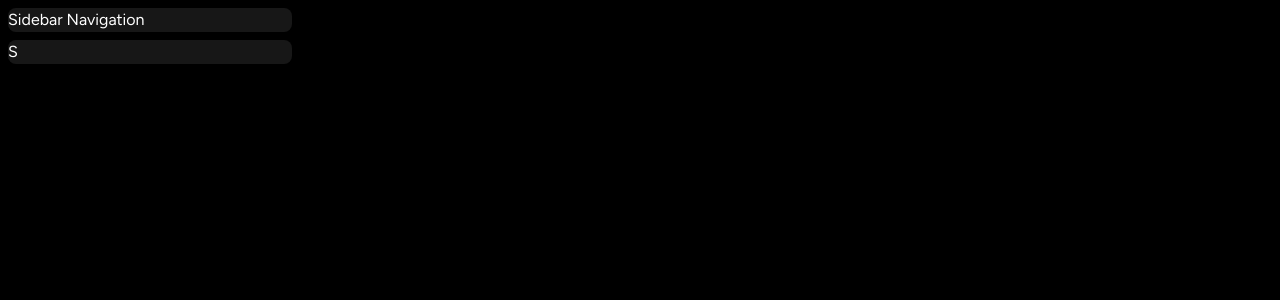
Repository: zecht12/ZechtCrowd
Page: /
An editor plug-in stored every save of this project. The page is shown before and after a run of saves, followed by the edit.
The browser window is 1280 px wide. The pictures show the whole page.
The project was rebuilt for these pictures with package versions that can differ from the ones it lists, and the page was loaded fresh each time. The framework's server and built-in components were replaced by stand-ins that run in the browser. Also part of the build but not shown: next.config.js.

Above is the page before, as saved 2023-06-20 22:35:28.

### app/layout.tsx
import Sidebar from '@/components/Sidebar'
import './globals.css'
import { Figtree } from 'next/font/google'

const inter = Figtree({ subsets: ['latin'] })

export const metadata = {
  title: 'ZechtCrowd',
  description: 'Music App',
}

export default function RootLayout({
  children,
}: {
  children: React.ReactNode
}) {
  return (
    <html lang="en">
      <body className={inter.className}>
        <Sidebar>
        {children}
        </Sidebar>
        </body>
    </html>
  )
}

### app/(site)/page.tsx
import Image from 'next/image'

export default function Home() {
  return (
    <div>
      hello
    </div>
  )
}

### components/Sidebar.tsx
'use client';

import React, { Children, useMemo } from 'react'
import {usePathname} from 'next/navigation'
import {HiHome} from 'react-icons/hi'
import {BiSearch} from 'react-icons/bi'
import Box from './Box';

interface SidebarProps {
    children: React.ReactNode;
}

const Sidebar: React.FC<SidebarProps> = ({children}) => {
    const pathname = usePathname();
    const routes = useMemo(() => [
        {
            icon: HiHome,
            label: "Home",
            active: pathname !== '/search',
            href: '/'
        },
        {
            icon: BiSearch,
            label: "Search",
            active: pathname === '/search',
            href: '/search'
        }
    ],[pathname]);

    return (
        <div className='flex h-full'>
            <div className='hidden md:flex flex-col gap-y-2 bg-black w-[300px] h-full p-2'>
                <Box>
                    Sidebar Navigation
                </Box>
                <Box>
                    S
                </Box>
            </div>
        </div>
    )
}

export default Sidebar

### components/Box.tsx
'use client';

import React from 'react'
import { twMerge } from 'tailwind-merge';

interface BoxProps {
    children: React.ReactNode;
    className?: string;
}

const Box: React.FC<BoxProps> = ({children, className}) => {
    return (
        <div className={twMerge(`bg-neutral-900 rounded-lg w-full h-fit`, className)}>
            {children}
        </div>
    )
}

export default Box

Loaded but not shown: app/globals.css (common file); tailwind.config.js (common file)

After the next 3 saves:
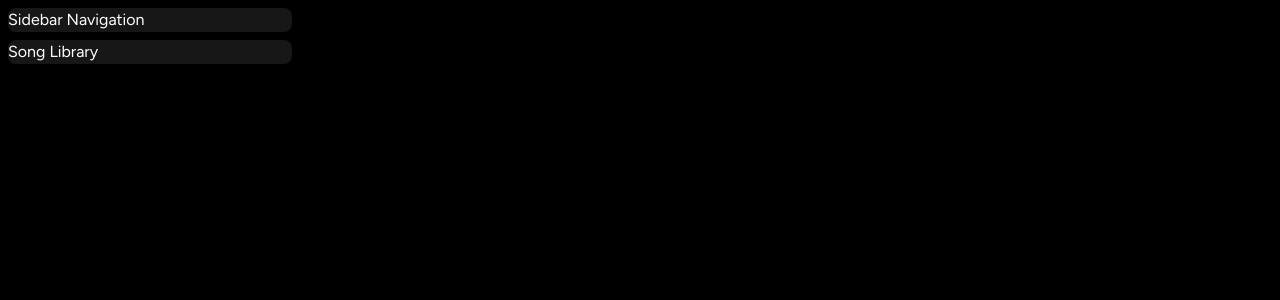
The 3 saves are shown as one change because they came seconds apart.
The last was saved 8 s later.
--- a/components/Sidebar.tsx
+++ b/components/Sidebar.tsx
@@ -34,7 +34,7 @@ const Sidebar: React.FC<SidebarProps> = ({children}) => {
                     Sidebar Navigation
                 </Box>
                 <Box>
-                    S
+                    Song Library
                 </Box>
             </div>
         </div>
